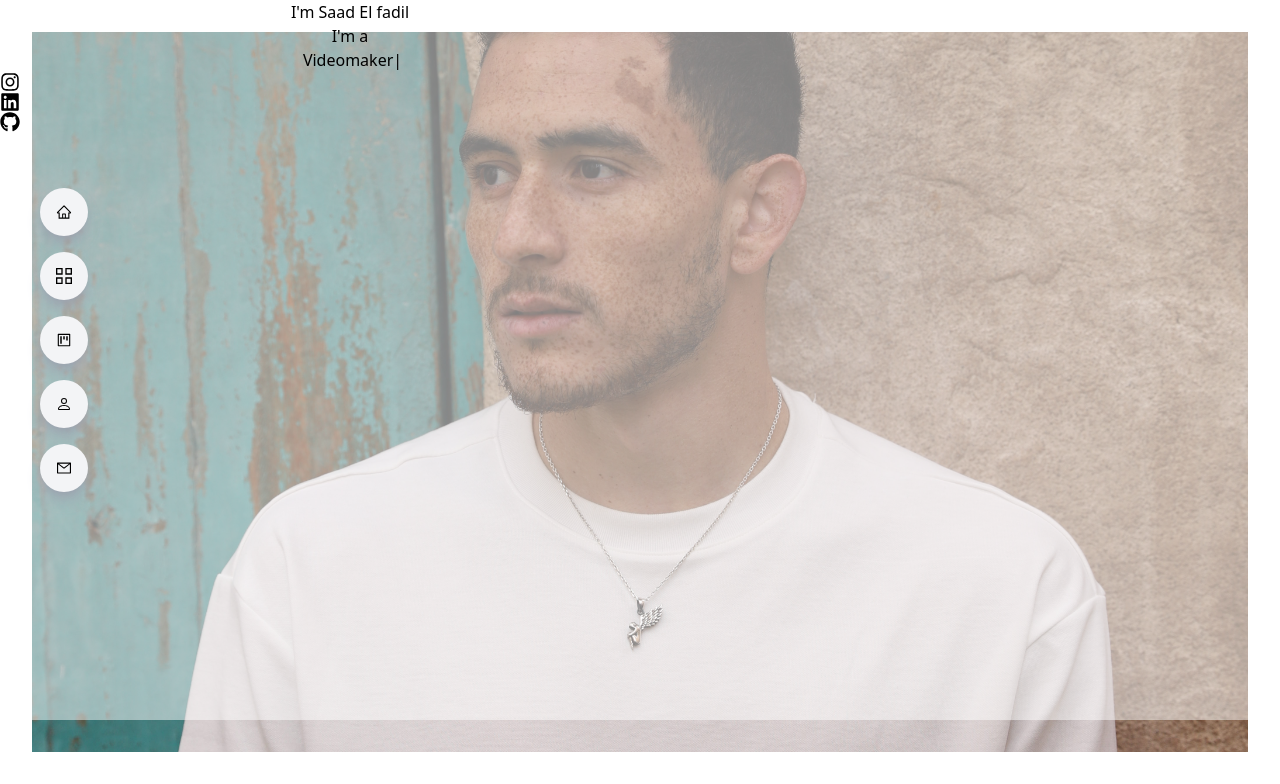
Repository: Saadelfadil/saadelfadil.github.io
Page: /
The author's editor kept a copy of each file at every save. The page is drawn from the files as they stood at one save, then again after the next save.
The browser window is 1280 px wide. The pictures show the whole page.
The project was rebuilt for these pictures with package versions that can differ from the ones it lists, and the page was loaded fresh each time. Also part of the build but not shown: vite.config.js.

Above is the page before, as saved 2023-02-26 16:49:57.

### src/App.jsx
import './App.css'
import Sidenave from './components/Sidenave'
import Main from './components/Main'

function App() {

  return (
    <div>
      <Sidenave />
      <Main />
    </div>
  )
}

export default App

### src/components/Sidenave.jsx
import React, { useState } from "react";
import { AiOutlineHome, AiOutlineMail, AiOutlineMenu, AiOutlineProject } from "react-icons/ai"
import { GrProjects } from "react-icons/gr"
import { BsPerson } from "react-icons/bs"

const Sidenave = () => {
    const [nav, setNav] = useState(false)

    const handleNav = () => {
        setNav((prev) => prev = !nav);
    };

  return (
    <div>
        <AiOutlineMenu onClick={handleNav} className="absolute top-4 right-4 z-[100] md:hidden"/>
        {
            nav ? (
                <div className="fixed w-full h-screen bg-white/90 flex flex-col justify-center items-center z-20">
                    <a href="#main" className="w-[75%] flex justify-center rounded-full shadow-lg bg-gray-100 shadow-gray-400 m-2 p-4 cursor-pointer hover:scale-110 ease-in duration-200">
                        <AiOutlineHome size={20}/>
                        <span className="pl-4">Home</span>
                    </a>
                    <a href="#work" className="w-[75%] flex justify-center rounded-full shadow-lg bg-gray-100 shadow-gray-400 m-2 p-4 cursor-pointer hover:scale-110 ease-in duration-200">
                        <GrProjects size={20}/>
                        <span className="pl-4">Work</span>
                    </a>
                    <a href="#projects" className="w-[75%] flex justify-center rounded-full shadow-lg bg-gray-100 shadow-gray-400 m-2 p-4 cursor-pointer hover:scale-110 ease-in duration-200">
                        <AiOutlineProject size={20}/>
                        <span className="pl-4">Projects</span>
                    </a>
                    <a href="#main" className="w-[75%] flex justify-center rounded-full shadow-lg bg-gray-100 shadow-gray-400 m-2 p-4 cursor-pointer hover:scale-110 ease-in duration-200">
                        <BsPerson size={20}/>
                        <span className="pl-4">Resume</span>
                    </a>
                    <a href="#contact" className="w-[75%] flex justify-center rounded-full shadow-lg bg-gray-100 shadow-gray-400 m-2 p-4 cursor-pointer hover:scale-110 ease-in duration-200">
                        <AiOutlineMail size={20}/>
                        <span className="pl-4">Contact</span>
                    </a>
                </div>
            ) : ""
        }

        <div className="md:block hidden fixed top-[25%] z-10">
            <div className="flex flex-col">
                <a href="#main" className="rounded-full shadow-lg bg-gray-100 shadow-gray-400 m-2 p-4 cursor-pointer hover:scale-110 ease-in duration-300 ">
                    <AiOutlineHome />
                </a>
                <a href="#work" className="rounded-full shadow-lg bg-gray-100 shadow-gray-400 m-2 p-4 cursor-pointer hover:scale-110 ease-in duration-300 ">
                    <GrProjects />
                </a>
                <a href="#projects" className="rounded-full shadow-lg bg-gray-100 shadow-gray-400 m-2 p-4 cursor-pointer hover:scale-110 ease-in duration-300 ">
                    <AiOutlineProject />
                </a>
                <a href="#main" className="rounded-full shadow-lg bg-gray-100 shadow-gray-400 m-2 p-4 cursor-pointer hover:scale-110 ease-in duration-300 ">
                    <BsPerson />
                </a>
                <a href="#contact" className="rounded-full shadow-lg bg-gray-100 shadow-gray-400 m-2 p-4 cursor-pointer hover:scale-110 ease-in duration-300 ">
                    <AiOutlineMail />
                </a>
            </div>
        </div>
    </div>
  )
};

export default Sidenave;

### src/components/Main.jsx
import React from "react";
import { TypeAnimation } from "react-type-animation"
import { FaGithub, FaInstagram, FaLinkedin } from "react-icons/fa"

const Main = () => {
  return (
    <div id="main">
        <img className="w-full h-screen object-cover object-right " src="/src/assets/saadelfadil.jpg" alt="saadelfadil" />
        <div className="w-full h-screen absolute top-0 left-0 bg-white/50 ">
            <div className="max-w-[700px]">
                <h1>I'm Saad El fadil</h1>
                <h2>I'm a
                    <TypeAnimation
                        sequence={[
                            'Software Engineer', // Types 'One'
                            1000, // Waits 1s
                            'Videomaker', // Deletes 'One' and types 'Two'
                            2000, // Waits 2s
                        ]}
                        wrapper="div"
                        cursor={true}
                        repeat={Infinity}
                        style={{ fontSize: '1em', paddingLeft: "5px" }}
                    />
                </h2>
                <div>
                        <FaInstagram size={20} className="cursor-pointer"/>
                        <FaLinkedin size={20} className="cursor-pointer"/>
                        <FaGithub size={20} className="cursor-pointer"/>
                </div>
            </div>
        </div>
    </div>
  )
};

export default Main;

Loaded but not shown: index.html (common file); src/main.jsx (common file); src/index.css (common file); src/App.css (common file); tailwind.config.cjs (common file)

After the next save:
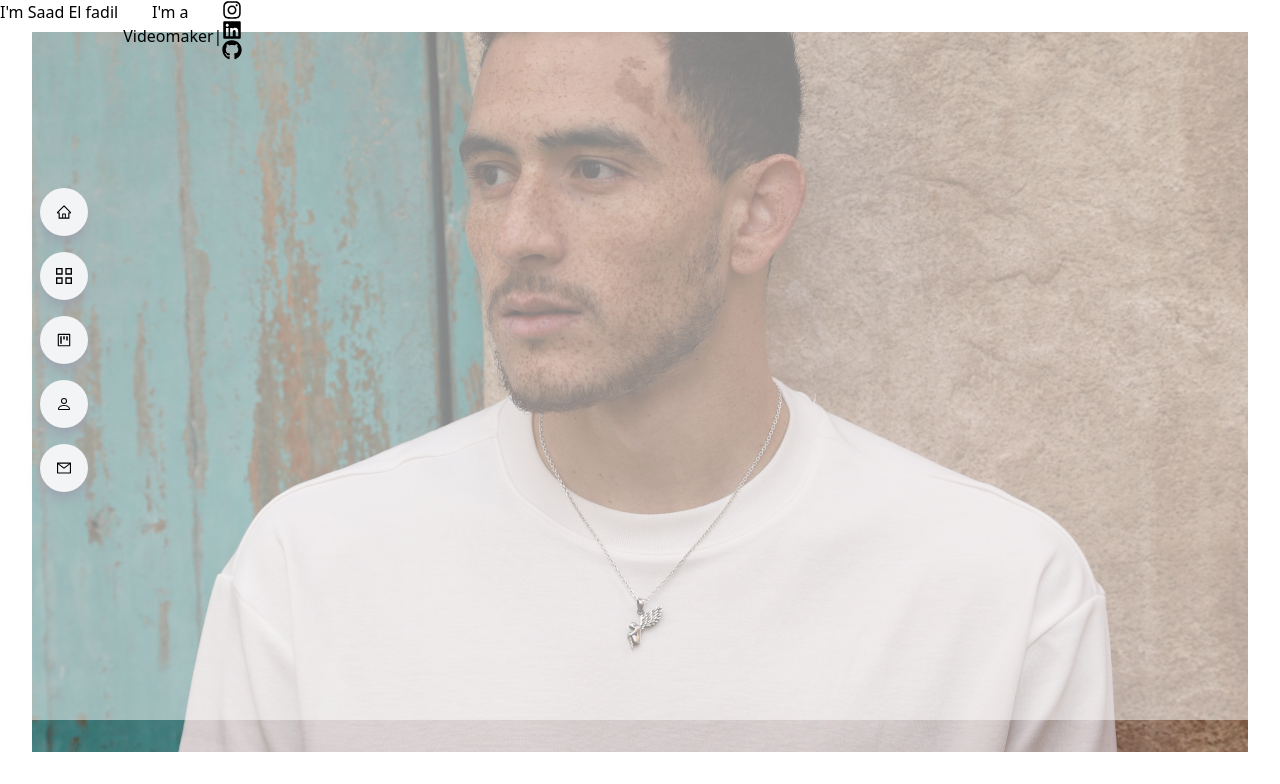
Saved 6 s later.
--- a/src/components/Main.jsx
+++ b/src/components/Main.jsx
@@ -7,7 +7,7 @@ const Main = () => {
     <div id="main">
         <img className="w-full h-screen object-cover object-right " src="/src/assets/saadelfadil.jpg" alt="saadelfadil" />
         <div className="w-full h-screen absolute top-0 left-0 bg-white/50 ">
-            <div className="max-w-[700px]">
+            <div className="max-w-[700px] flex ">
                 <h1>I'm Saad El fadil</h1>
                 <h2>I'm a
                     <TypeAnimation
